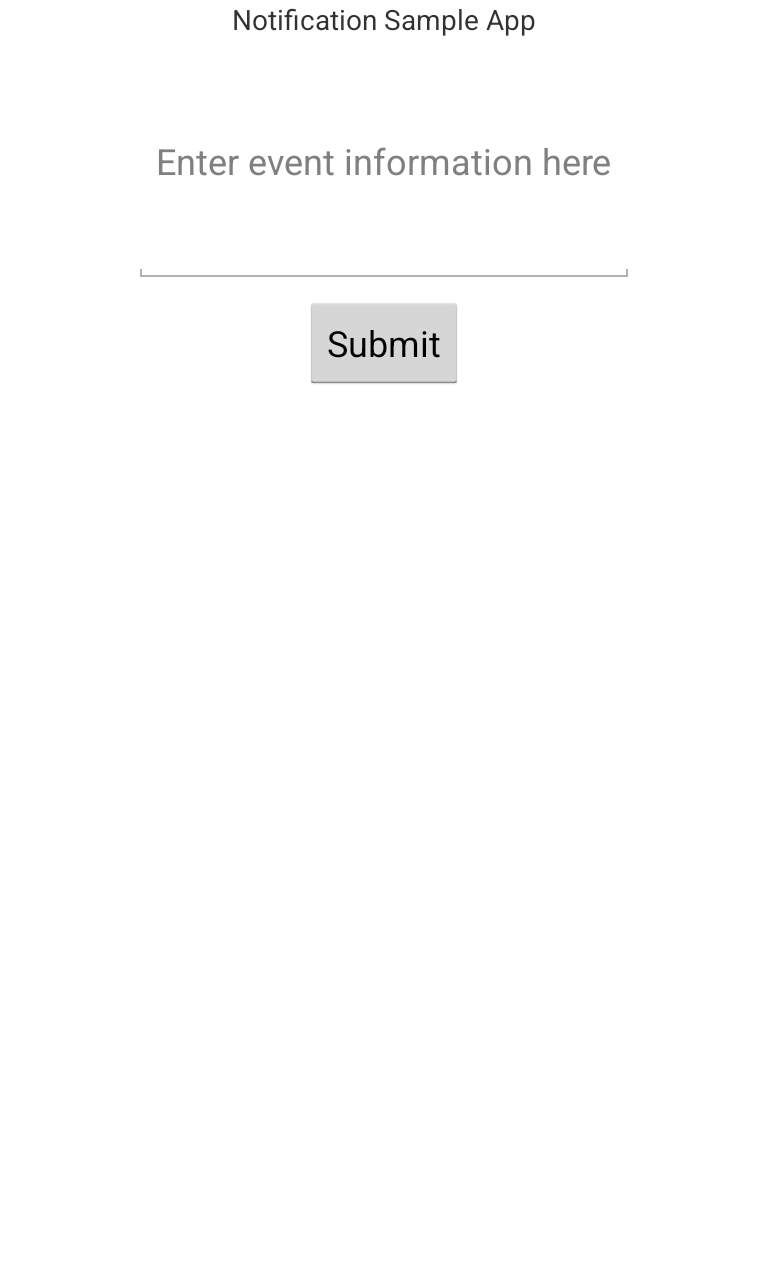
Repository: valleskeyp/Hive6Sample
Layout: NotificationSample/res/layout/activity_main.xml
These files come from the project's save history. The layout is drawn as it stood at one moment and after the next save; the edit follows.
It is drawn on a 768 x 1280 px phone screen (xhdpi) without system bars, with theme AppTheme; the app's code is not run.

Above is the layout before, as saved 2014-01-14 18:40:15.

### NotificationSample/res/layout/activity_main.xml
<LinearLayout xmlns:android="http://schemas.android.com/apk/res/android"
    xmlns:tools="http://schemas.android.com/tools"
    android:id="@+id/create_layout"
    android:layout_width="fill_parent"
    android:layout_height="fill_parent"
    android:orientation="vertical"
    tools:ignore="HardcodedText" >

    <TextView
        android:layout_width="wrap_content"
        android:layout_height="wrap_content"
        android:layout_gravity="center_horizontal"
        android:text="Notification Sample App" />
    <EditText
        android:lines="5"
        android:layout_width="wrap_content"
        android:layout_height="wrap_content"
        android:layout_gravity="center_horizontal"
        android:hint="Enter event information here" />
    <Button
        android:layout_marginTop="10px"
        android:layout_gravity="center_horizontal"
        android:id="@+id/submit"
        android:layout_width="wrap_content"
        android:layout_height="wrap_content"
        android:text="Submit" />

</LinearLayout>

Loaded but not shown: NotificationSample/res/values/styles.xml (common file); NotificationSample/res/values-v11/styles.xml (common file); NotificationSample/res/values-v14/styles.xml (common file)

After the next save:
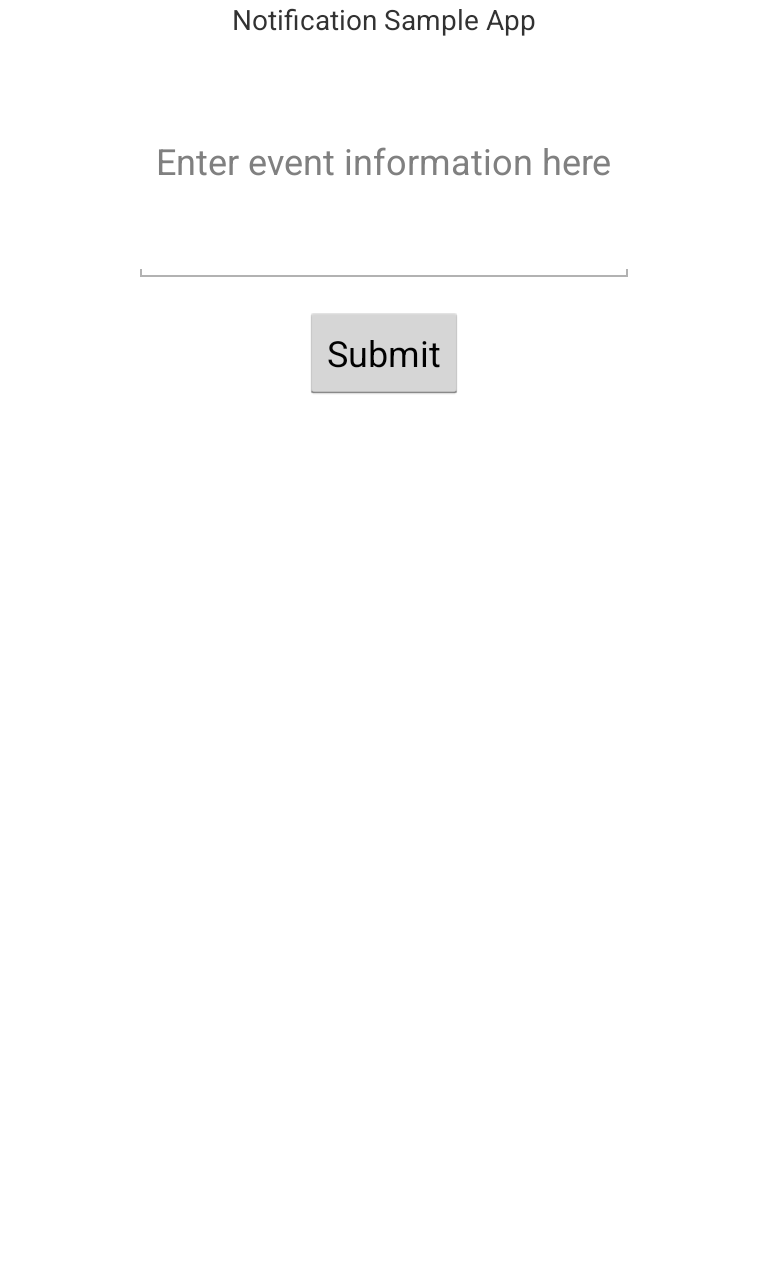
Saved 12 s later.
--- a/NotificationSample/res/layout/activity_main.xml
+++ b/NotificationSample/res/layout/activity_main.xml
@@ -18,7 +18,7 @@
         android:layout_gravity="center_horizontal"
         android:hint="Enter event information here" />
     <Button
-        android:layout_marginTop="10px"
+        android:layout_marginTop="10dp"
         android:layout_gravity="center_horizontal"
         android:id="@+id/submit"
         android:layout_width="wrap_content"
